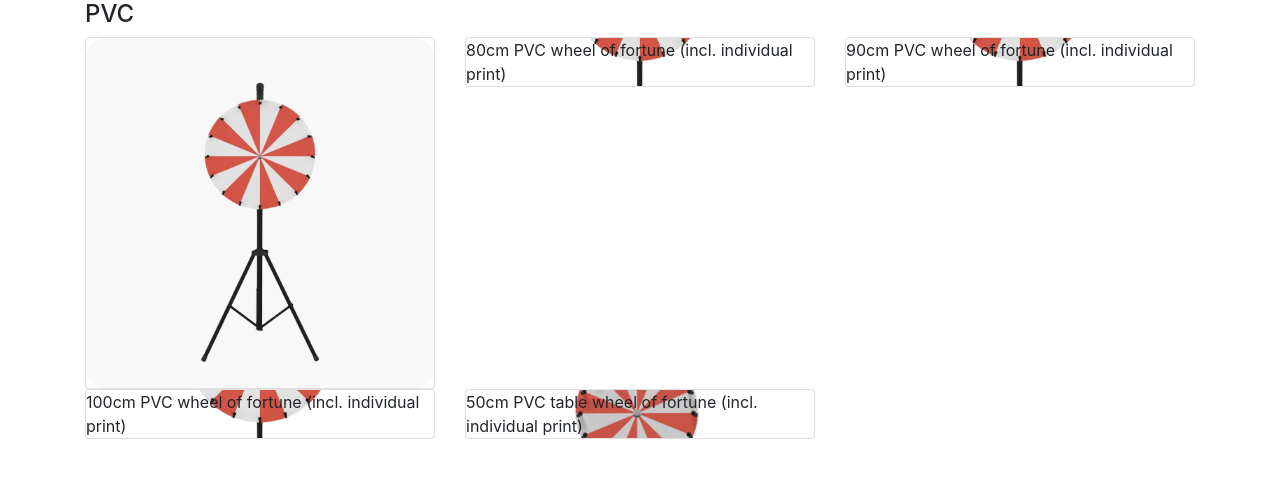
Repository: Awaisp-irfan/fahad-project
Page: pvc.html
These files come from the project's save history. The page is drawn as it stood at one moment and after the next save; the edit follows.
The browser window is 1280 px wide. The pictures show the whole page.

Above is the page before, as saved 2022-06-30 08:31:07.

After the next save:
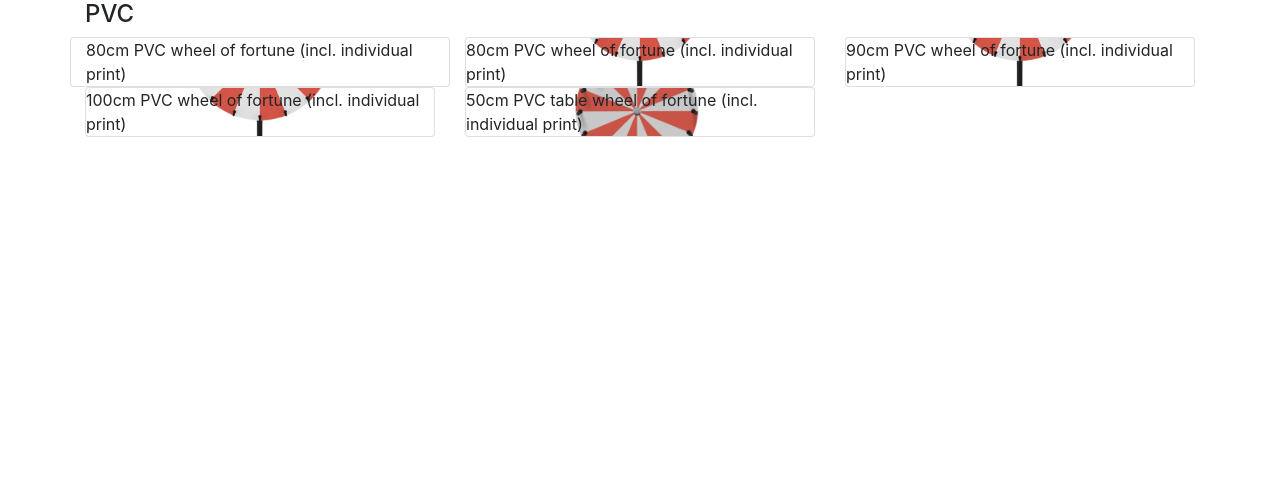
Saved 19 min 7 s later.
--- a/pvc.html
+++ b/pvc.html
@@ -23,8 +23,8 @@
       </div>
 
       <div class="row">
-        <div class="col-lg-4">
-          <div class="card ">
+        <div class="col-lg-4 card">
+          <div class=" ">
             <div class="img-div">
             <div class="cm60">
 

After the save that followed:
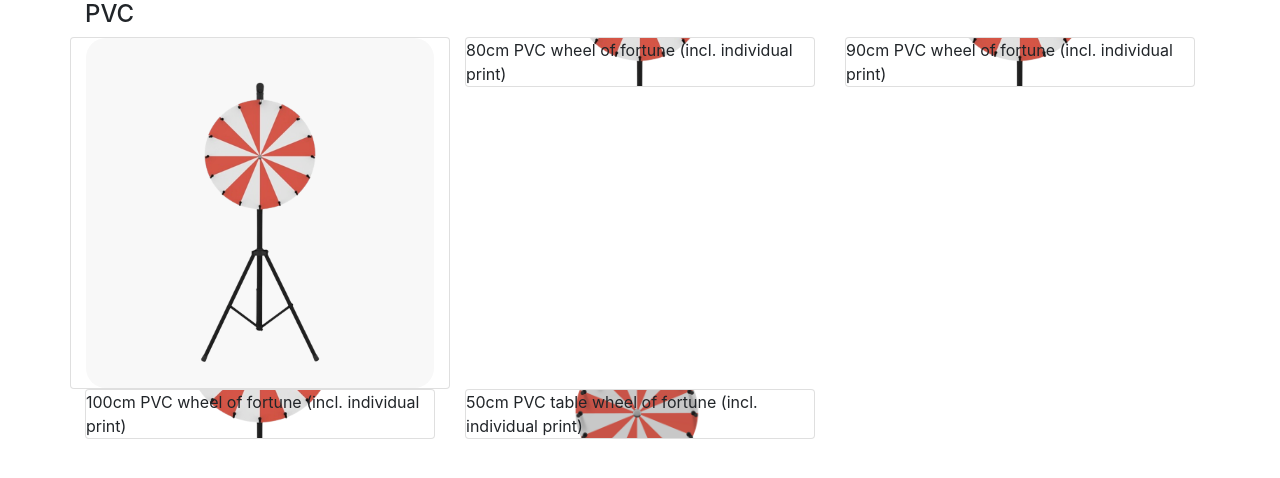
Saved 19 s later.
--- a/pvc.html
+++ b/pvc.html
@@ -24,7 +24,7 @@
 
       <div class="row">
         <div class="col-lg-4 card">
-          <div class=" ">
+
             <div class="img-div">
             <div class="cm60">
 
@@ -33,7 +33,7 @@
                 80cm PVC wheel of fortune (incl. individual print)
             </div>
         </div>
-          </div>
+
         </div>
         <div class="col-lg-4">
           <div class="card img-div">
